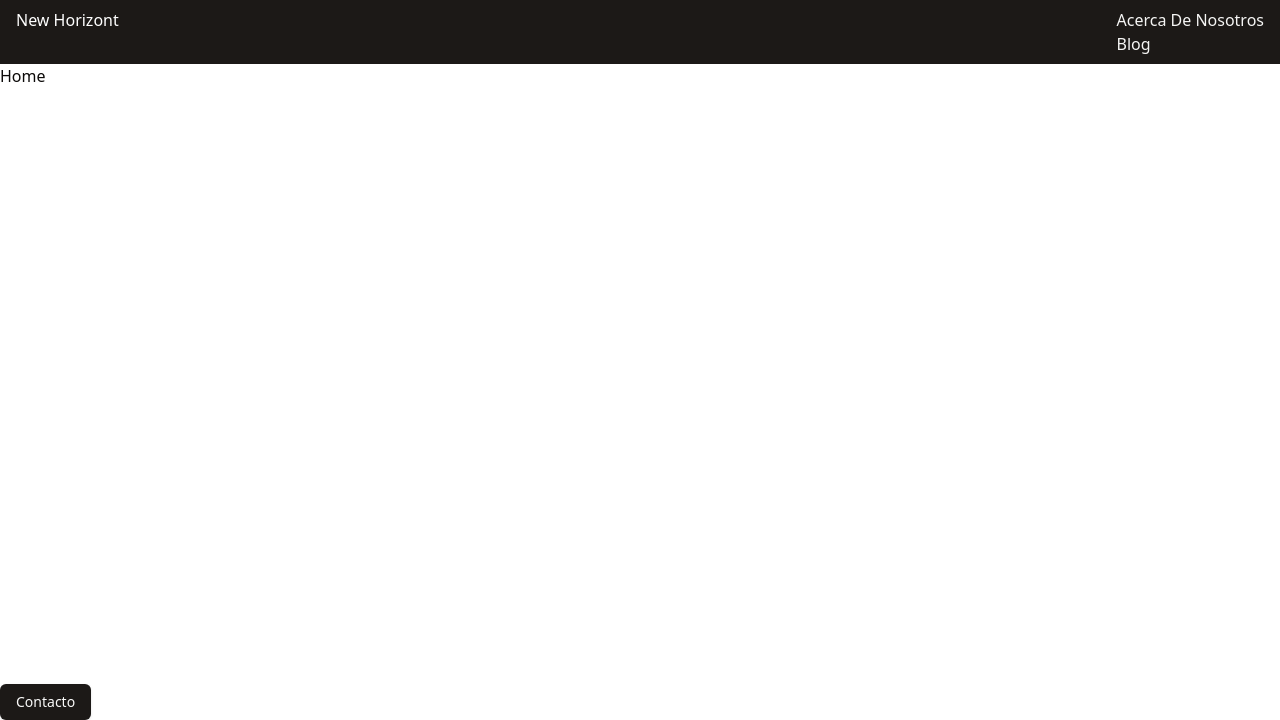
Repository: jefrydep/new-horizont-school
Page: /
The author's editor kept a copy of each file at every save. The page is drawn from the files as they stood at one save, then again after the next save.
The browser window is 1280 px wide. The pictures show the whole page.
The project was rebuilt for these pictures with package versions that can differ from the ones it lists, and the page was loaded fresh each time. The framework's server and built-in components were replaced by stand-ins that run in the browser. Also part of the build but not shown: next.config.ts.

Above is the page before, as saved 2024-11-07 17:30:08.

After the next save:
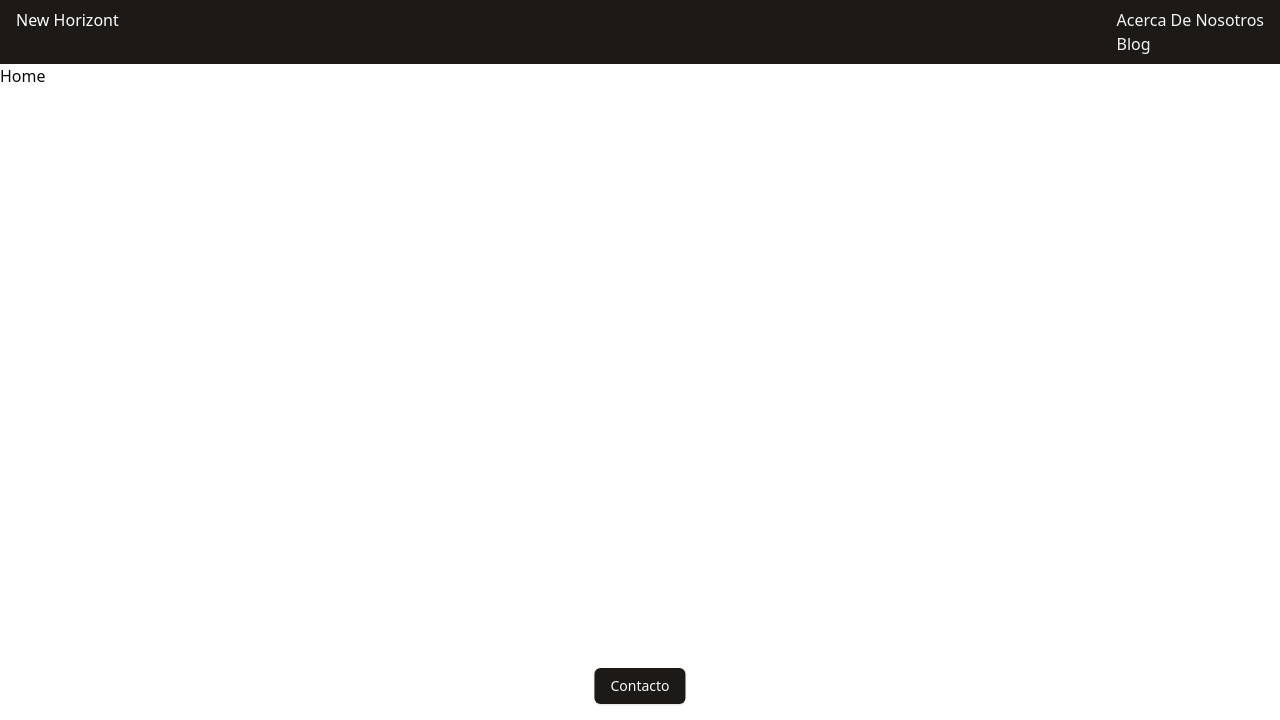
Saved 31 s later.
--- a/src/app/layout.tsx
+++ b/src/app/layout.tsx
@@ -32,9 +32,9 @@ export default function RootLayout({
       >
         <Navbar />
         {children}
-        <div className=" absolute bottom-0 ">
-          <Button>Contacto</Button>
-        </div>
+        <div className="absolute bottom-0 left-1/2 transform -translate-x-1/2 mb-4">
+  <Button>Contacto</Button>
+</div>
       </body>
     </html>
   );
